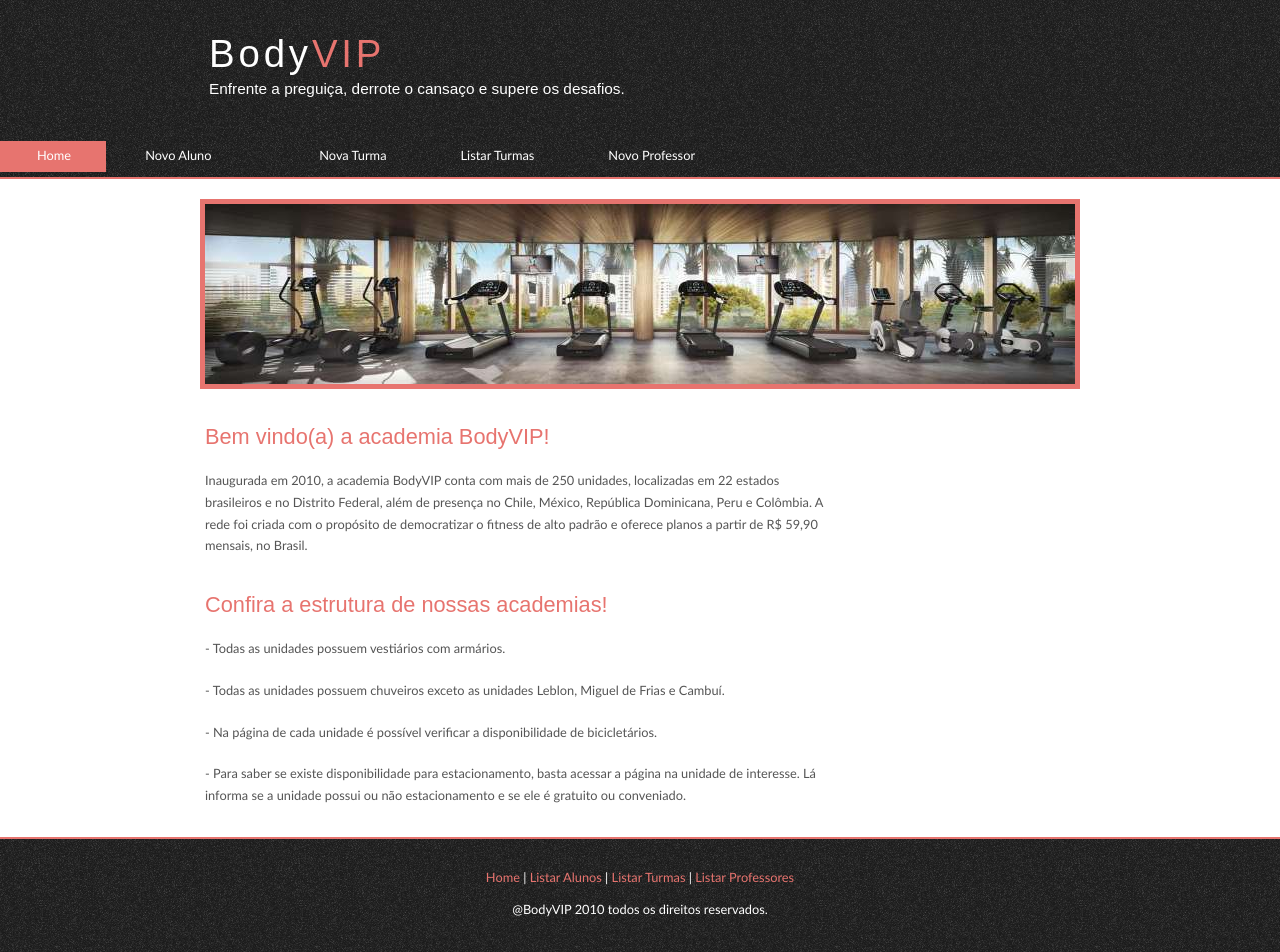
Repository: Thais-Ferreira/Projeto_bodyVIP
Page: http://localhost/BodyVIP/home.jsp
These files come from the project's save history. The page is drawn as it stood at one moment and after the next save; the edit follows.
The browser window is 1280 px wide. The pictures show the whole page.
The page is served by Tomcat 9.

Above is the page before, as saved 2017-06-21 18:44:43.

After the next save:
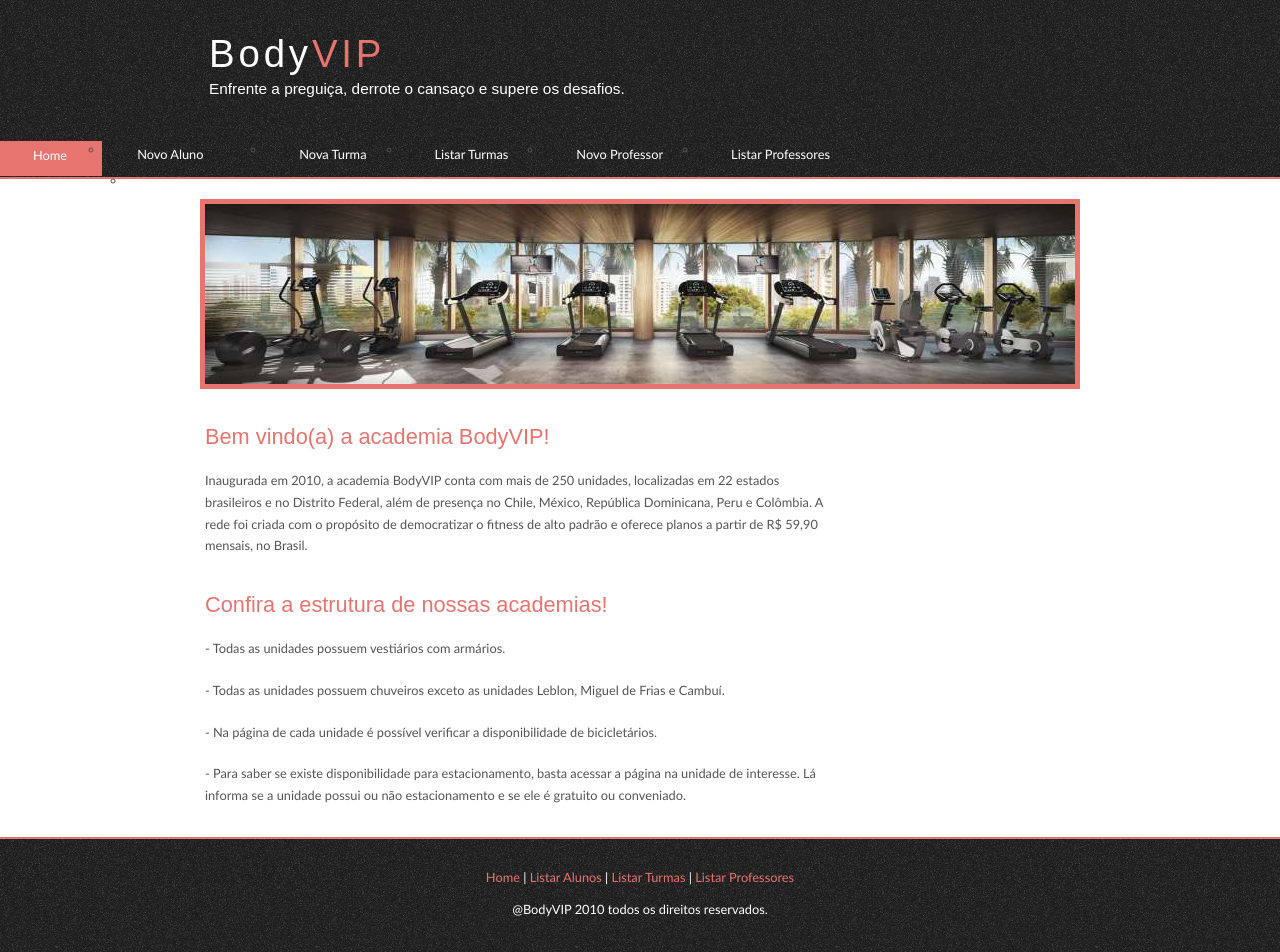
Saved 76 s later.
--- a/BodyVIP/WebContent/css/style.css
+++ b/BodyVIP/WebContent/css/style.css
@@ -154,12 +154,8 @@ ul#menu
   margin: 0; }
 
 ul#menu li
-{ float: left;
-  padding: 0 0 0 9px;
-  position: relative;
-  list-style: none;
-  margin: 1px 2px 0 0;
-  background: transparent;}
+{ position:relative;
+float:left; }
 
 ul#menu li a
 { font: normal 100% 'trebuchet ms', sans-serif;
